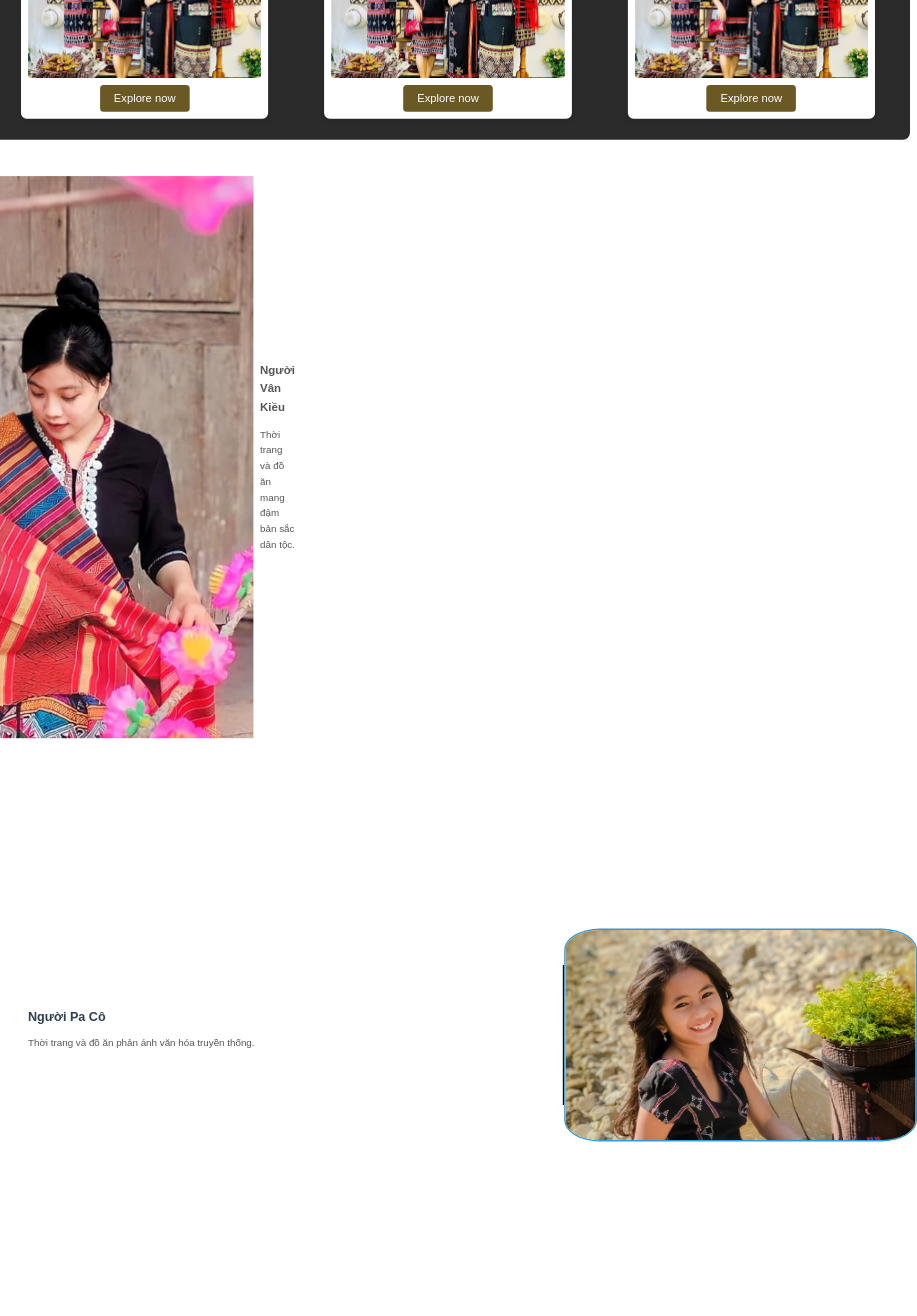
Repository: DangVai/LocalProduct
Page: Views/frontend/test.html
These files come from the project's save history. The page is drawn as it stood at one moment and after the next save; the edit follows.
The browser window is 1280 px wide. The page is 1310 px wide, then 1300 px, so the pictures cover 1310 px, including what lies to the right of the window. The pictures show the part of the page from y = 1192 to 3072 px (the page is 3151 px tall before and 2209 px after), at 70% of full size.
Pictures or frames that could not be fetched are drawn as grey boxes.

Above is the page before, as saved 2024-12-19 10:42:10.

After the next save:
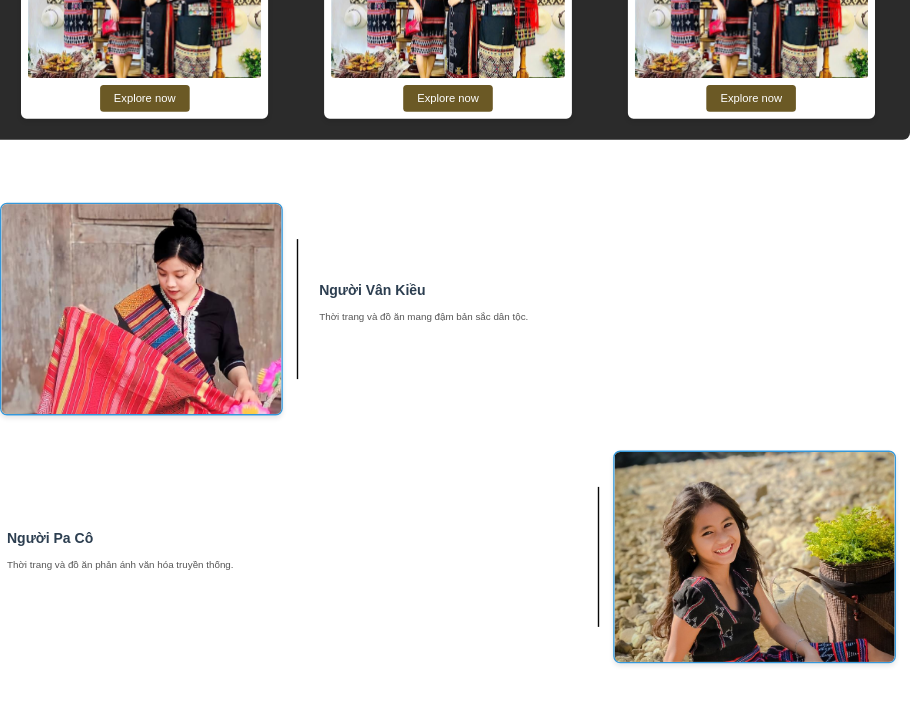
Saved 5 min 10 s later.
--- a/Views/frontend/test.html
+++ b/Views/frontend/test.html
@@ -288,42 +288,51 @@
         }
         /* Giới thiệu : */
         /* Bố cục chính */
+        /* Tổng thể bố cục */
 
         .introduce {
             margin-top: 50px;
             width: 100%;
-            height: 1600px;
             display: flex;
             flex-direction: column;
+            /* Chia theo chiều dọc */
             gap: 50px;
+            /* Khoảng cách giữa các phần */
             padding: 20px;
             margin-bottom: 50px;
         }
+        /* Phần chung cho vk và pc */
 
         .vk,
         .pc {
-            height: 700px;
-            width: 100%;
             display: flex;
             flex-direction: row;
-            align-items: center;
-            justify-content: center;
-            flex: 1;
-            margin-left: 30px;
-            margin-bottom: 50px;
-        }
-
-        .vk,
+            /* Chia làm 3 phần ngang: ảnh, gạch, văn bản */
+            align-items: center;
+            justify-content: space-between;
+            /* Canh đều giữa các phần */
+            gap: 20px;
+            /* Khoảng cách giữa các thành phần trong vk hoặc pc */
+            width: 100%;
+        }
+        /* Hình ảnh */
+
+        .vk img,
         .pc img {
-            width: 500px;
+            width: 400px;
             height: 300px;
-            border-radius: 10%;
+            border-radius: 10px;
+            /* Góc bo tròn */
             border: 2px solid #3498db;
+            /* Viền màu xanh */
             object-fit: cover;
+            /* Đảm bảo hình ảnh không bị méo */
+            box-shadow: 0 4px 8px rgba(0, 0, 0, 0.1);
+            /* Hiệu ứng bóng */
         }
         /* Gạch dọc */
 
-        .vk,
+        .vk .gach,
         .pc .gach {
             width: 2px;
             height: 200px;
@@ -334,28 +343,29 @@
         .vk-text,
         .pc-text {
             flex: 1;
+            /* Tự giãn phần văn bản */
             padding: 0 10px;
             text-align: left;
         }
 
-        .vk-text,
+        .vk-text h3,
         .pc-text h3 {
-            font-size: 18px;
+            font-size: 20px;
             color: #2c3e50;
-            margin: 0 0 5px;
-        }
-
-        .vk-text,
+            margin: 0 0 10px;
+        }
+
+        .vk-text p,
         .pc-text p {
             font-size: 14px;
             color: #555;
-            line-height: 1.6;
-        }
-        /* Đảm bảo các phần cân đối */
+            line-height: 1.8;
+        }
+        /* Đảm bảo phần giới thiệu không bị lỗi chiều cao */
 
         .vk,
         .pc {
-            height: 120px;
+            min-height: 300px;
         }
     </style>
 </head>
